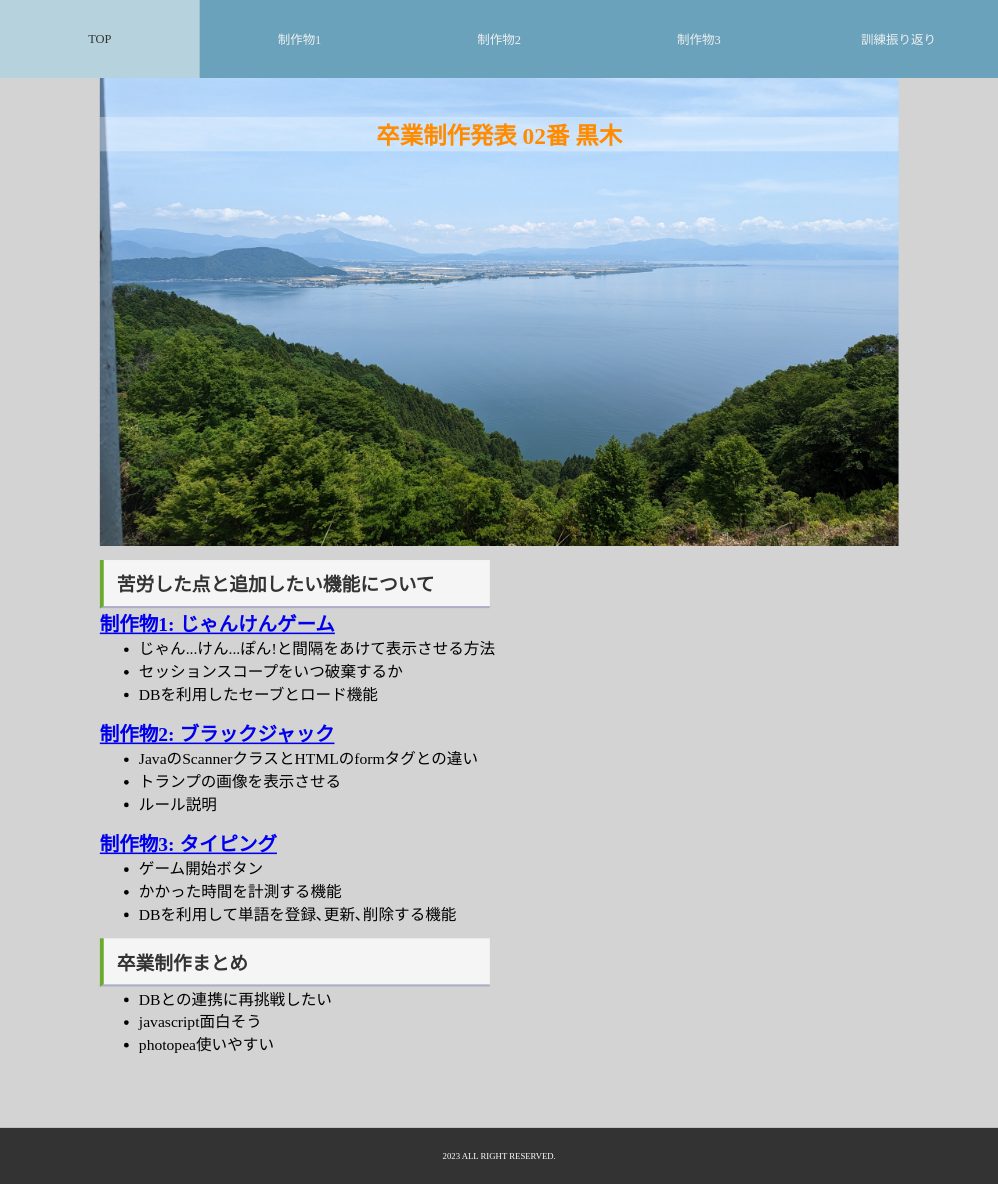
Repository: yuki-kuro/portfolio
Page: BJServletRensyu2/src/main/webapp/卒業制作/index.html
An editor plug-in stored every save of this project. The page is shown before and after the next save, followed by the edit.
The browser window is 1280 px wide. The pictures show the whole page, at 78% of full size.

Above is the page before, as saved 2023-06-27 02:37:43.

After the next save:
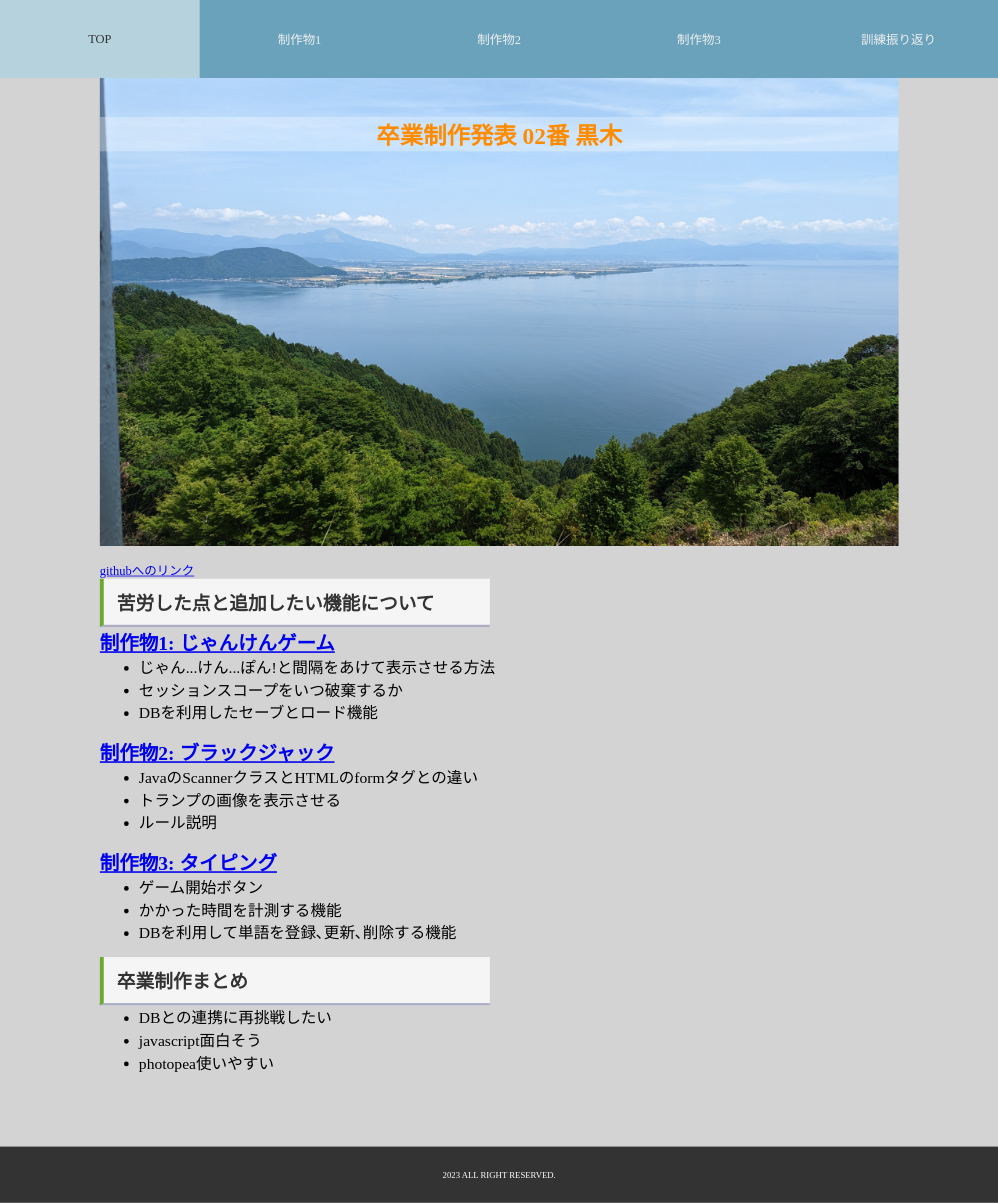
Saved 41 min 45 s later.
--- a/BJServletRensyu2/src/main/webapp/卒業制作/index.html
+++ b/BJServletRensyu2/src/main/webapp/卒業制作/index.html
@@ -29,6 +29,7 @@
 	  <br><br>
     <h1 class="toppage"><span class="midashi">卒業制作発表 02番 黒木</span></h1>
     <br>
+    <a href="https://github.com/yuki-kuro/portfolio.git">githubへのリンク</a>
         <h2>苦労した点と追加したい機能について</h2>
     <h3><a href="http://localhost:8080/JankenServletGame/JankenServlet">制作物1: じゃんけんゲーム</a></h3>
 
